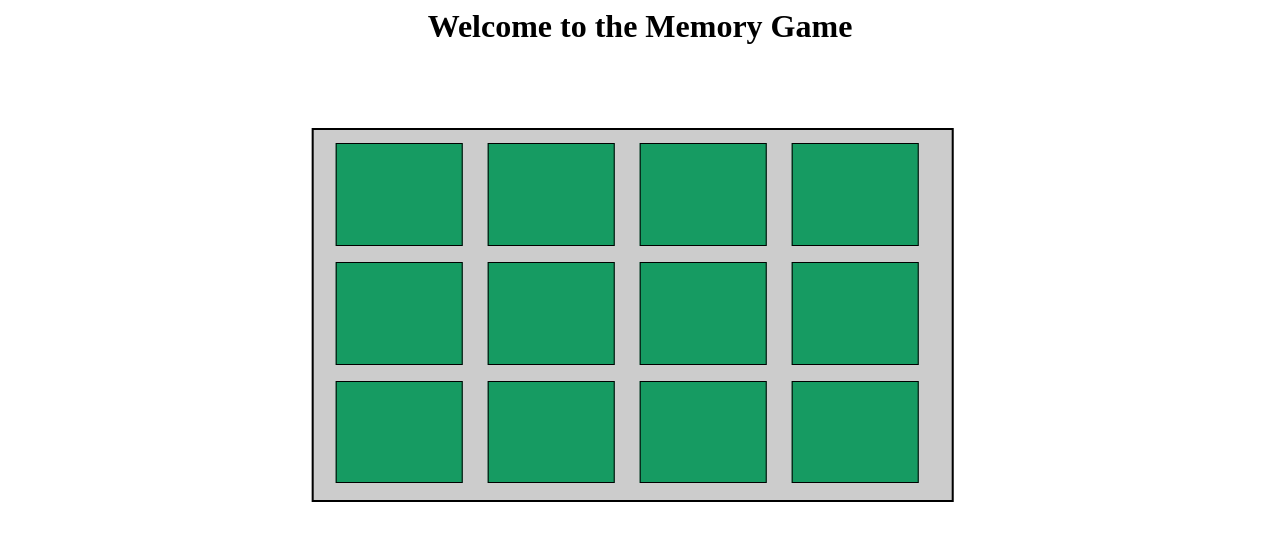
Repository: Code-Institute-Submissions/InteractiveMilestoneProject
Page: index.html
The author's editor kept a record of every edit. The page is drawn from the files as they stood at one moment, then again after the next edit.
The browser window is 1280 px wide. The pictures show the whole page.

Above is the page before.

### index.html
<!DOCTYPE html>
<html lang="en">

<head>
    <meta charset="utf-8">

    <meta name="viewport" content="width=device-width, height=device-height, user-scalable=no">
    <title>Js_Game_Temporizador</title>
    <link rel="stylesheet" href="css/style.css">

</head>

<body>
   <div id="cont">
        <h1>Welcome to the Memory Game</h1>
        <div id="table_memoria"></div>
    </div>


     <script src="js/script.js"></script>


</body>

</html>

### css/style.css
 #cont {
     text-align: center;
     position: relative;
     width: 90%;
     transform: translateX(45%);
     left: -35%;
     height: 650px;

 }

 h1 {
     margin-top: 0px;
 }


 #table_memoria {
     background: #ccc;
     border: black 2px solid;
     width: 80%;
     height: 50%;
     padding: 5px;
     margin: 0px auto;
     position: absolute;
     transform: translateX(10%);
     top: 170px;

 }

 #table_memoria > div {
     background: #169B62;
     border: #000 1px solid;
     width: 26%;
     height: 20%;
     float: left;
     margin-top: 7px;
     margin-bottom: 7px;
     margin-left: 14px;
     margin-right: 0px;
     font-size: 35px;
     cursor: pointer;
     text-align: center;

 }





 /* ____________  PRIMERA MEDIA SCREEN ___________*/

 @media (min-width: 768px) {


     #table_memoria {
         height: 55%;
         top: 120px;
     }

     #table_memoria > div {

         width: 21%;
         height: 27%;
         margin-left: 17px;

     }


 }

 /* ___________  SEGUNDA MEDIA SCREEN _____________*/

 @media (min-width: 992px) {
     #cont {

         transform: translateX(-50%);
         left: 50%;
         width: 70%;
         height: 600px;
         max-width: 785px;

     }


     #table_memoria {
         height: 60%;
         top: 120px;
         max-width: 630px;
         max-height: 400px;

     }




     #table_memoria > div {
         background: #169B62;
         border: #000 1px solid;
         width: 20%;
         height: 28%;
         float: left;
         margin: 8px;
         margin-left: 16.5px;
         font-size: 64px;
         cursor: pointer;
         text-align: center;

     }

 }

### js/script.js
var arrayMemoria = ["1", "1", "2", "2", "3", "3", "4", "4", "5", "5", "6", "6"];

        var valor_memoria = [];
        var memoria_carta_ids = [];
        var virada_carta = 0;



        // Metodo Fisher-Yates para mezclar un array
        Array.prototype.memoriaCartaEmbarajar = function() {
            var i = this.length;
            var indiceAleatorio;
            var valorTemporal;
            while (--i > 0) {
                indiceAleatorio = Math.floor(Math.random() * (i + 1));
                valorTemporal = this[indiceAleatorio];
                this[indiceAleatorio] = this[i];
                this[i] = valorTemporal;
            };
        };

        // Funcion para crear un nuevo tablero
        function nuevaTabla() {
            var output = "";
            arrayMemoria.memoriaCartaEmbarajar();

            for (var i = 0; i < arrayMemoria.length; i++) {
                output += '<div id="carta_' + i + '" onclick="virarCartaMemoria(this,\'' + arrayMemoria[i] + '\')"></div>';
            }
            document.getElementById('table_memoria').innerHTML = output;
            //            $("#borde").show();
            //            document.getElementById('borde').show();

            valor_memoria = [];
            memoria_carta_ids = [];
            var virada_carta = 0;
            // probando una cosa
        }

        // Funcion del Juego
        function virarCartaMemoria(carta, valor) {

            if (carta.innerHTML == "" && valor_memoria.length < 2) {
                carta.style.background = '#fff';
                carta.innerHTML = valor;
                // Codigo a ejecutar al dar vuelta la primera carta
                if (valor_memoria.length === 0) {
                    valor_memoria.push(valor);
                    memoria_carta_ids.push(carta.id);
                    // Codiga a ejecuatra al dar vueta la seganda carta
                } else if (valor_memoria.length === 1) {
                    valor_memoria.push(valor);
                    memoria_carta_ids.push(carta.id);
                    if (valor_memoria[0] === valor_memoria[1]) {
                        virada_carta += 2;
                        // despejando los dos Arrays
                        valor_memoria = [];
                        memoria_carta_ids = [];
                        // chekea si la mesa entera esta despejada
                        if (virada_carta === arrayMemoria.length) {
                            // XXXXXXXX      AQUI TENGO QUE PARAR EL RELOJ     XXXXXXXX


                                alert("GANASTE !!!  ... Creando un nuevo tablero");

                                document.getElementById('table_memoria').innerHTML = "";

                                valor_memoria = [];
                                memoria_carta_ids = [];
                                virada_carta = 0;
                                nuevaTabla();





                        }
                    } else {
                        function virarAtras() {
                            // las dos cartas se van a virar
                            var carta_1 = document.getElementById(memoria_carta_ids[0]);
                            var carta_2 = document.getElementById(memoria_carta_ids[1]);
                            carta_1.style.background = '#169B62';
                            carta_1.innerHTML = "";
                            carta_2.style.background = '#169B62';
                            carta_2.innerHTML = "";
                            // despejando los dos Arrays
                            valor_memoria = [];
                            memoria_carta_ids = [];
                        }
                        setTimeout(virarAtras, 700);
                    }
                }
            }
        }

        nuevaTabla();

After the next edit:
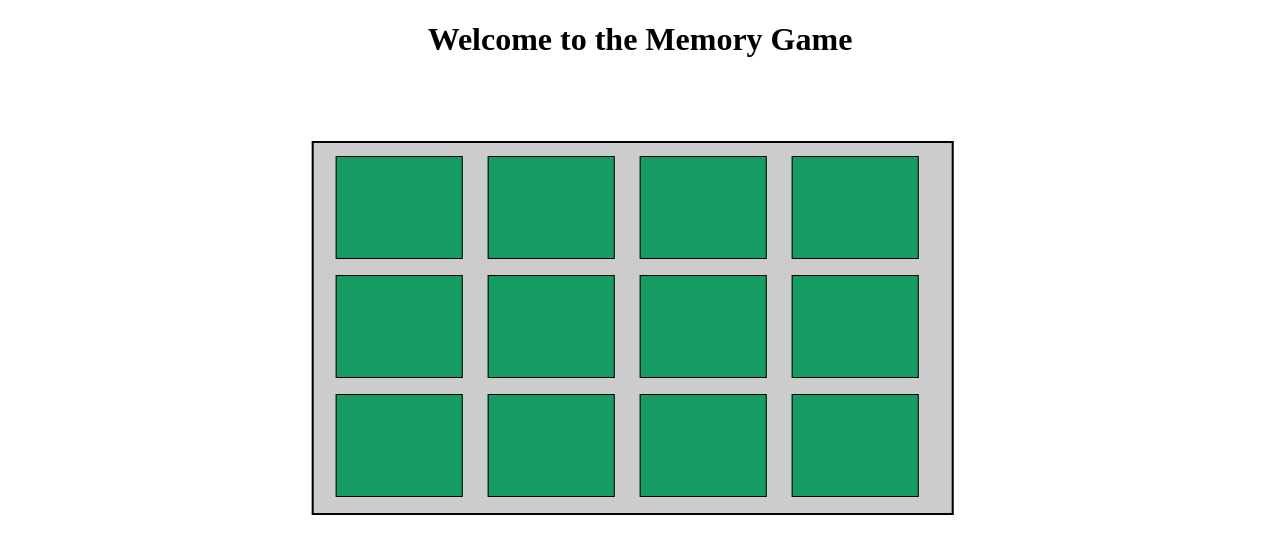
The edit:
--- a/css/style.css
+++ b/css/style.css
@@ -7,11 +7,6 @@
      height: 650px;
 
  }
-
- h1 {
-     margin-top: 0px;
- }
-
 
  #table_memoria {
      background: #ccc;
